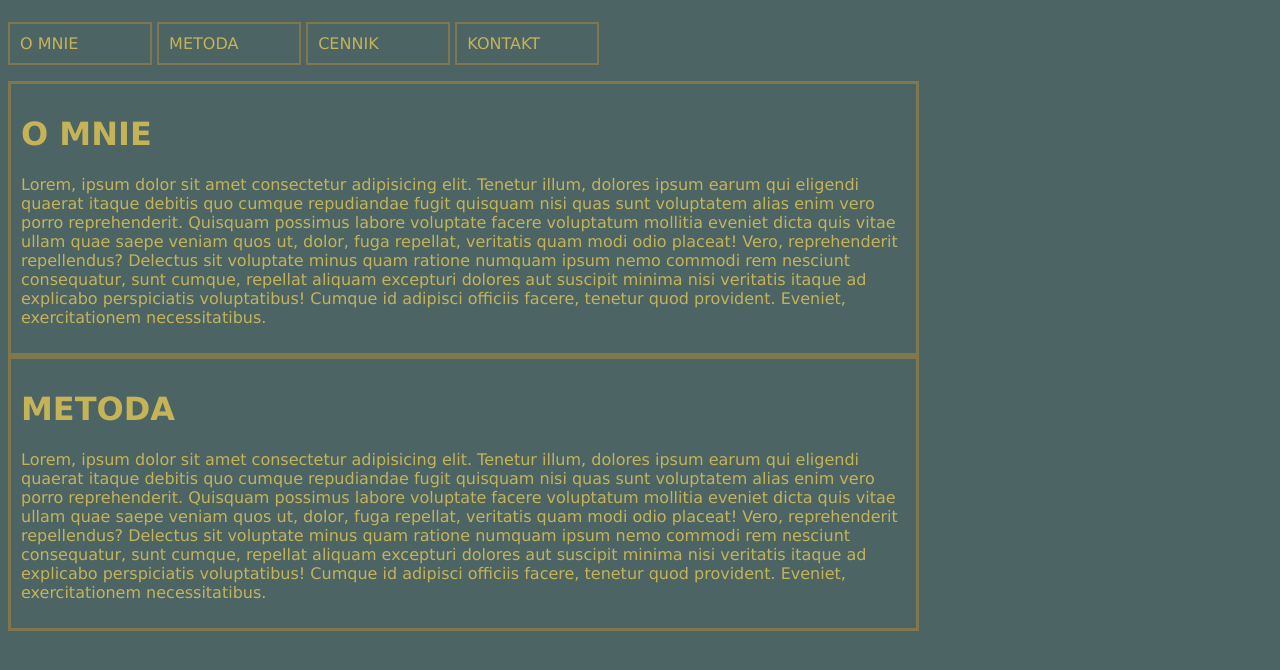
Repository: LechCieslak/zzz_webside
Page: index.html
An editor plug-in stored every save of this project. The page is shown before and after a run of saves, followed by the edit.
The browser window is 1280 px wide. The pictures show the whole page.
After loading, the first visible `li.uj1` was clicked once.

Above is the page before, as saved 2020-08-19 21:29:33.

After the next 8 saves:
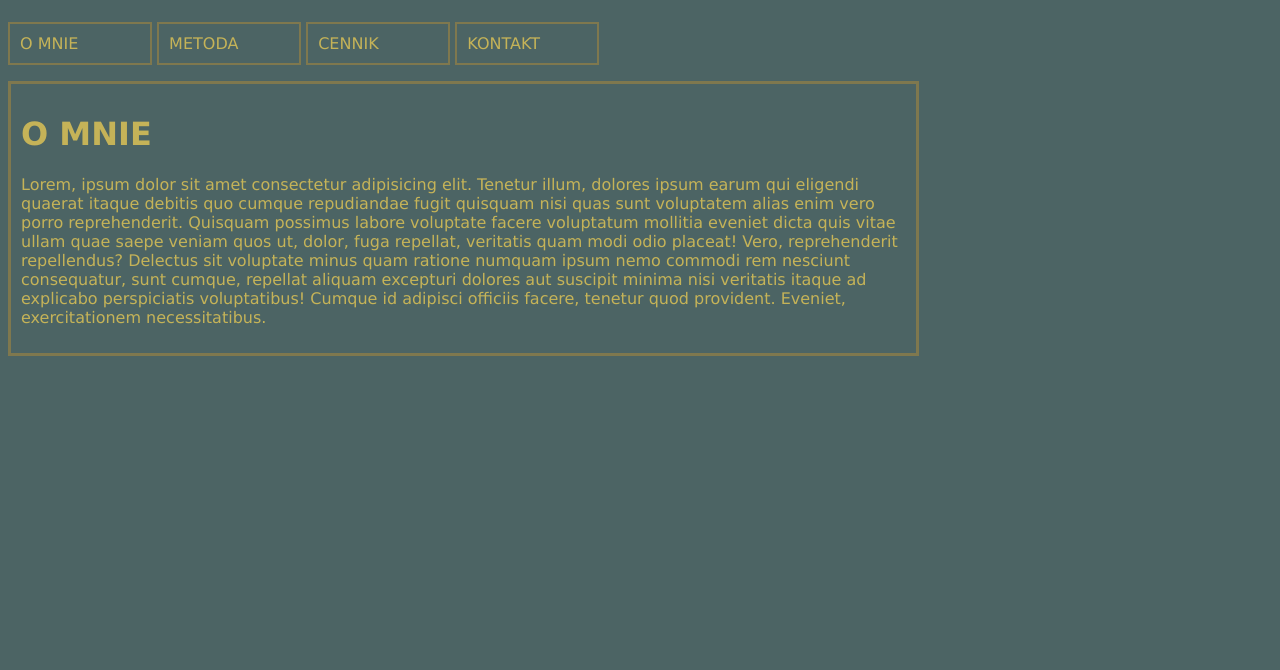
The 8 saves are shown as one change because they came seconds apart.
The last was saved 107 s later.
--- a/app.js
+++ b/app.js
@@ -4,7 +4,7 @@ let b = document.querySelector('.oMnie');
 
 a.addEventListener('click', e => {
   b.classList.toggle("nowa");
-  d.classList.toggle("nowa");
+  d.classList.remove("nowa");
 });
 
 // a.addEventListener('click', e => {
